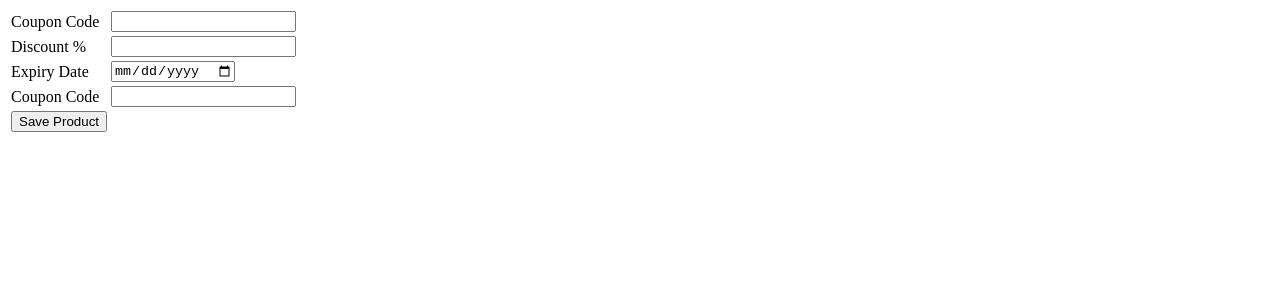
Repository: payal033/Java-Servlets-JSP
Page: http://localhost/FinalProject/createCoupon.jsp
These files come from the project's save history. The page is drawn as it stood at one moment and after the next save; the edit follows.
The browser window is 1280 px wide. The pictures show the whole page.
The page is served by Tomcat 9. Other server files are loaded and not shown.

Above is the page before, as saved 2022-05-30 17:55:04.

### FinalProject/WebContent/createCoupon.jsp
<%@ page language="java" contentType="text/html; charset=ISO-8859-1"
    pageEncoding="ISO-8859-1"%>
<!DOCTYPE html>
<html>
<head>
<meta charset="ISO-8859-1">
<title>Insert title here</title>
</head>
<body>
<form method="post" action="">
		<table>
			<tr>
				<td>Coupon Code</td>
				<td><input type="text" name="couponCode"></td>
			</tr>
			<tr>
				<td>Discount %</td>
				<td><input type="text" name="discount"></td>
			</tr>
			<tr>
				<td>Expiry Date</td>
				<td><input type="date" name="expiryDate"></td>
			</tr>
			<tr>
				<td>Coupon Code</td>
				<td><input type="text" name="couponCode"></td>
			</tr>
			<td><input type="submit" value="Save Product"></td>
		</table>
	</form>

</body>
</html>

After the next save:
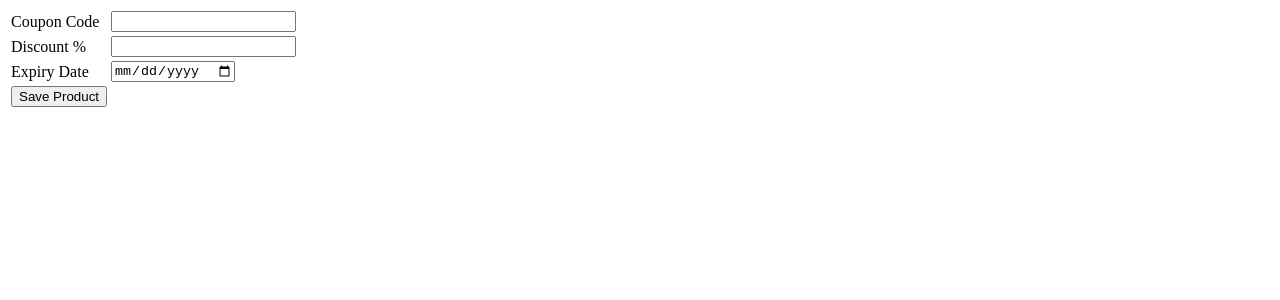
Saved 11 s later.
--- a/FinalProject/WebContent/createCoupon.jsp
+++ b/FinalProject/WebContent/createCoupon.jsp
@@ -21,10 +21,6 @@
 				<td>Expiry Date</td>
 				<td><input type="date" name="expiryDate"></td>
 			</tr>
-			<tr>
-				<td>Coupon Code</td>
-				<td><input type="text" name="couponCode"></td>
-			</tr>
 			<td><input type="submit" value="Save Product"></td>
 		</table>
 	</form>
